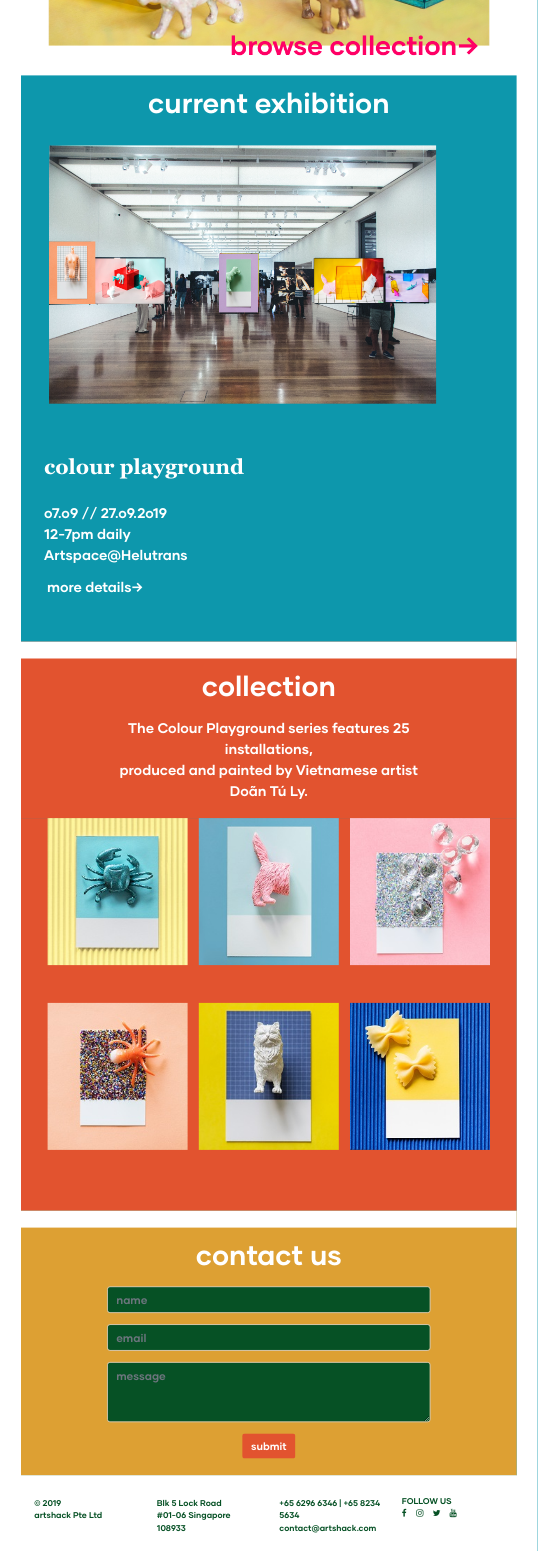
Repository: lynette-lyf/artshack
Page: index.html
The author's editor kept a record of every edit. The page is drawn from the files as they stood at one moment, then again after the next edit.
The browser window is 768 px wide. The pictures show the part of the page from y = 594 to 2834 px (the page is 2810 px tall before and 2834 px after), at 70% of full size.

Above is the page before.

### index.html
<!doctype html>
<html lang="en">

<head>
  <!-- Required meta tags -->
  <meta charset="utf-8">
  <meta name="viewport" content="width=device-width, initial-scale=1, shrink-to-fit=no">

  <!-- Bootstrap CSS -->
  <link rel="stylesheet" href="https://stackpath.bootstrapcdn.com/bootstrap/4.3.1/css/bootstrap.min.css" integrity="sha384-ggOyR0iXCbMQv3Xipma34MD+dH/1fQ784/j6cY/iJTQUOhcWr7x9JvoRxT2MZw1T" crossorigin="anonymous">
  <link rel="stylesheet" href="style.css" />
  <link rel="stylesheet" href="https://cdnjs.cloudflare.com/ajax/libs/font-awesome/4.7.0/css/font-awesome.min.css">
  <link rel="stylesheet" href="https://unpkg.com/aos@2.3.1/dist/aos.css" >
  <title>artshack</title>

  <style>
/* font converted using font-converter.net. thank you! */
@font-face {
  font-family: "Georgia-Bold";
  src: url("./fonts/georgiab.eot"); /* IE9 Compat Modes */
  src: url("./fonts/georgiab.eot?#iefix") format("embedded-opentype"), /* IE6-IE8 */
    url("./fonts/georgiab.otf") format("opentype"), /* Open Type Font */
    url("./fonts/georgiab.svg") format("svg"), /* Legacy iOS */
    url("./fonts/georgiab.ttf") format("truetype"), /* Safari, Android, iOS */
    url("./fonts/georgiab.woff") format("woff"), /* Modern Browsers */
    url("./fonts/georgiab.woff2") format("woff2"); /* Modern Browsers */
  font-weight: normal;
  font-style: normal;
}


/* font converted using font-converter.net. thank you! */
@font-face {
  font-family: "GilmerBold";
  src: url("./fonts/GilmerBold.eot"); /* IE9 Compat Modes */
  src: url("./fonts/GilmerBold.eot?#iefix") format("embedded-opentype"), /* IE6-IE8 */
    url("./fonts/GilmerBold.otf") format("opentype"), /* Open Type Font */
    url("./fonts/GilmerBold.svg") format("svg"), /* Legacy iOS */
    url("./fonts/GilmerBold.ttf") format("truetype"), /* Safari, Android, iOS */
    url("./fonts/GilmerBold.woff") format("woff"), /* Modern Browsers */
    url("./fonts/GilmerBold.woff2") format("woff2"); /* Modern Browsers */
  font-weight: normal;
  font-style: normal;
}

    .logo {
      width: 280px;
    }

    /*Custom BootStrap4 CSS Styling credits to Saranya Rajendran @ https://stackoverflow.com/questions/49400853/how-to-change-navbar-hover-color-on-bootstrap-4/49405726*/

    .navbar-light .navbar-brand {
      color: black;
    }

    .navbar-light .navbar-nav .active>.nav-link,
    .navbar-light .navbar-nav .nav-link.active,
    .navbar-light .navbar-nav .nav-link.show,
    .navbar-light .navbar-nav .show>.nav-link {
      color: black;
    }

    .navbar-light .navbar-nav .nav-link {
      color: black;
    }

    .navbar-light .navbar-nav .nav-link-about,
    .navbar-light .navbar-nav .nav-link-artists,
    .navbar-light .navbar-nav .nav-link-collection,
    .navbar-light .navbar-nav .nav-link-exhibition,
    .navbar-light .navbar-nav .nav-link-contact {
      color: black;
    }

    .navbar-light .navbar-nav .nav-link-about:hover,
    .navbar-light .navbar-nav .nav-link-contact:hover {
      color: rgb(13, 151, 172) !important;
      text-decoration: none;
    }

    .navbar-light .navbar-nav .nav-link-artists:hover {
      color: rgb(6, 81, 37) !important;
      text-decoration: none;
    }

    .navbar-light .navbar-nav .nav-link-collection:hover {
      color: rgb(221, 160, 51) !important;
      text-decoration: none;
    }

    .navbar-light .navbar-nav .nav-link-exhibition:hover {
      color: rgb(226, 83, 47) !important;
      text-decoration: none;
    }

    .navbar ul {
      display: flex;
      align-items: stretch;
      /* Default */
      justify-content: space-between;
      width: 100%;
      background: #fff;
      margin: 0;
      padding: 0;
    }

    .navbar li {
      display: block;
      flex: 0 1 auto;
      /* Default */
      list-style-type: none;
      background: #fff;
    }

    .navbar .nav-item-subscribe {
      color: white;
    }

    .navbar {
      font-family: Georgia-Bold;
      color: black;
      font-size: 18px;
    }


    .container-fluid-exhibition {
      background-color: rgb(13, 151, 172);
    }

    .container-fluid-exhibition #current-exhibition,
    .container-fluid-contact #contact,
    .container-fluid-collection #collection {
      font-family: GilmerBold;
      font-size: 40px;
      color: white;
    }

    h2 {
      font-family: Georgia-Bold;
      font-size: 30px;
      color: white;
    }

    .container-fluid-exhibition ul {
      list-style: none;
      font-family: GilmerBold;
      font-size: 20px;
      color: white;
      padding: 0;
    }

    .container-fluid-exhibition .row a {
      text-decoration: none;
      font-family: GilmerBold;
      font-size: 20px;
      color: white;
    }

    .container-fluid-exhibition .row a:hover {
      color: rgb(221, 160, 51);
    }

    .box {
      background-color: white;
    }

    .container-fluid-contact #divider {
      background-color: white;
    }

    .container-fluid-contact {
      background-color: rgb(221, 160, 51);
    }


    form {
      font-family: GilmerBold;
    }

    .form-group .form-control {
      background-color: rgb(6, 81, 37);
      color: white;
    }

    .btn {
      font-family: GilmerBold;
      font-size: 15px;
      color: white;
      background-color: rgb(226, 83, 47);
    }

    .btn:hover {
      color: white;
      background-color: rgb(13, 151, 172);
    }

    .btn:focus {
      color: orange;
    }


.container-fluid-collection,
.container-fluid-imagegallery {
  background-color: rgb(226,83,47);
}

.container-fluid-collection p {
  font-family: GilmerBold;
  font-size: 20px;
  color: white;
}

.container-fluid-collection p span:hover {
  color: rgb(221,160,81);
}

.container-fluid-imagegallery #onesix .text1,
.container-fluid-imagegallery #twosix .text2,
.container-fluid-imagegallery #threesix .text3,
.container-fluid-imagegallery #foursix .text4,
.container-fluid-imagegallery #fivesix .text5,
.container-fluid-imagegallery #sixsix .text6{
  background-color: white;
  color: black;
  opacity:1;
  font-family: GilmerBold;
  font-size: 15px;
  position:relative;
  bottom:0px;
  left:0px;
  visibility:hidden;
}

.container-fluid-imagegallery #onesix:hover .text1,
.container-fluid-imagegallery #twosix:hover .text2,
.container-fluid-imagegallery #threesix:hover .text3,
.container-fluid-imagegallery #foursix:hover .text4,
.container-fluid-imagegallery #fivesix:hover .text5,
.container-fluid-imagegallery #sixsix:hover .text6{
  visibility:visible;
}

.container-fluid-footer{
  font-family: GilmerBold;
  font-size: 12px;
  color: rgb(6,81,37);
}

.container-fluid-footer #socials a {
  text-decoration: none;
  color: rgb(6,81,37);
  margin: 6px;
}

.container-fluid-footer #socials a:hover {
  color: rgb(221,160,51);
}

  </style>

</head>



<header>
  <!--Logo with navigation to Home Page-->
  <div class="container-fluid">
    <div class="logo mx-auto pt-4">
      <a href="#"><img class="img-fluid" src="images/logo.png"></img></a>
    </div>

  </div>

  <div class="container-fluid pl-0 pr-0">
    <!--Navbar credits to https://getbootstrap.com/docs/4.3/components/navbar/-->
    <nav class="navbar navbar-expand-lg navbar-light bg-nobg">
      <a class="navbar-brand" href="#"></a>
      <button class="navbar-toggler" type="button" data-toggle="collapse" data-target="#navbarNav" aria-controls="navbarNav" aria-expanded="false" aria-label="Toggle navigation">
    <span class="navbar-toggler-icon"></span>
  </button>
      <div class="collapse navbar-collapse" id="navbarNav">
        <ul class="navbar-nav">
          <li class="nav-item active">
            <a class="nav-link-about" href="about.html">about.</a>
          </li>
          <li class="nav-item">
            <a class="nav-link-artists" href="artists.html">artists.</a>
          </li>
          <li class="nav-item">
            <a class="nav-link-collection" href="#collection">collection.</a>
          </li>
          <li class="nav-item">
            <a class="nav-link-exhibition" href="#current-exhibition">exhibition.</a>
          </li>
          <li class="nav-item">
            <a class="nav-link-contact" href="#contact">contact.</a>
          </li>
          <!--Modal credits to https://mdbootstrap.com/docs/jquery/modals/forms/-->
          <li class="nav-item-subscribe">
            <a class="btn btn-default btn-rounded mb-4" data-toggle="modal" data-target="#modalSubscriptionForm">subscribe.</a>
          </li>
          <div class="modal fade" id="modalSubscriptionForm" tabindex="-1" role="dialog" aria-labelledby="myModalLabel" aria-hidden="true">
            <div class="modal-dialog" role="document">
              <div class="modal-content">
                <div class="modal-header text-center" style="color: white;background-color:rgb(221,160,51);">
                  <h4 class="modal-title">Subscribe to our Newsletter
                    <div style="font-size: 14px">(& get exclusive invitations to
                      <div> our exhibition openings!)</div>
                    </div>
                  </h4>
                  <button type="button" class="close" data-dismiss="modal" aria-label="Close">
          <span aria-hidden="true">&times;</span>
        </button>
                </div>
                <div class="modal-body" style="color: white;background-color:rgb(6,81,37);">
                  <div class="md-form mb-1 mt-2 mx-3">
                    <input type="text" id="form3" class="form-control validate">
                    <label data-error="wrong" data-success="right" for="form3">name</label>
                  </div>

                  <div class="md-form mx-3">
                    <input type="email" id="form2" class="form-control validate">
                    <label data-error="wrong" data-success="right" for="form2">email address</label>
                  </div>

                </div>
                <div class="modal-footer d-flex justify-content-center" style="color: white;background-color:rgb(226,83,47);>
        <button type="button" class="btn">Subscribe</button>
      </div>
    </div>
  </div>
</div>
        </ul>
      </div>
    </nav>
</header>

<body>

  <div class="container-fluid ">
    <div class="col ">
      <div class="row-md " id="image-gallery ">
<!--Carousel credits to https://getbootstrap.com/docs/4.3/components/carousel/-->
<div id="carouselExampleFade" class="carousel slide carousel-fade" data-ride="carousel">
  <div class="carousel-inner">
    <a href="#collection"><div class="carousel-item active">
      <img src="images/gallery3.png" class="d-block w-100" alt="...">
    </div>
    <div class="carousel-item">
      <img src="images/gallery6.png" class="d-block w-100" alt="...">
    </div>
    <div class="carousel-item">
      <img src="images/gallery5.png" class="d-block w-100" alt="...">
    </div>
    <div class="carousel-item">
      <img src="images/gallery4.png" class="d-block w-100" alt="...">
    </div>
  </div>
  <a class="carousel-control-prev" href="#carouselExampleFade" role="button" data-slide="prev">
    <span class="carousel-control-prev-icon" aria-hidden="true"></span>
    <span class="sr-only">Previous</span>
  </a>
  <a class="carousel-control-next" href="#carouselExampleFade" role="button" data-slide="next">
    <span class="carousel-control-next-icon" aria-hidden="true"></span>
    <span class="sr-only">Next</span>
  </a>
</div>
</a>
          </div>

<!--Current exhibition section-->

          <div class="container-fluid-exhibition mt-3 ">
            <div class="row ">
              <div class="col text-center my-2 mx-3 " id="current-exhibition">current exhibition</div>
            </div>

            <div class="row ">
              <div class="col-sm-10 col-md-10 col-lg-6 my-2 mx-4 "><img class="img-fluid p-3 " src="images/exhibition.png "></div>

              <div class="row ">
                <div class="col-sm-12 col-sm-12 col-lg-8 m-5 ">
                  <h2>colour playground</h2>
                  <div class="row mx-3 my-3 row-sm-5 row-md-4 row-lg-4 "></div>
                  <ul>
                    <li>o7.o9 // 27.o9.2o19</li>
                    <li>12-7pm daily</li>
                    <li>Artspace@Helutrans</li>
                  </ul>
                  <div class="row mx-1 my-3 "><a href='https://www.artporters.com/wp-content/uploads/2019/08/Colour-Playground-Catalogue-1.pdf'>more details→</a>
                  </div>
                </div>
</div>
</div>

<!--Collection section with image gallery and image captions on hover-->
<div class="container-fluid-collection">
<div class="box">&nbsp;</div>
            <div class="row ">
              <div class="col text-center my-2 mx-3" id="collection">collection</div>
            </div>
 <div class="row justify-content-center">
              <div class="col text-center col-sm-8 col-md-8 col-lg-10 my-2 mx-4 ">
              <p>The Colour Playground series features 25 installations,<br>
produced and painted by Vietnamese artist <span><a href="artists.html#D">Doãn Tú Ly</a></span>.</p></div>

    </div>
</div>



<div class="container-fluid-imagegallery">
<div class="row justify-content-center">


<div class="column px-1 mx-1" id="onesix">
<img class="img1" src="images/collection1.jpg">
<p class="text1"><i>Blue Crab</i>, 2015</p>
</div>

<div class="column px-1 mx-1" id="twosix">
<img class="img2" src="images/collection2.jpg">
<p class="text2"><i>Halved</i>, 2013</p>
</div>

<div class="column px-1 mx-1" id="threesix">
<img class="img3" src="images/collection3.jpg">
<p class="text3"><i>Everything Nice</i>, 2015</p>
</div>


</div>
 <div class="row justify-content-center pt-3 pb-5">
<div class="column px-1 mx-1" id="foursix">
<img class="img4" src="images/collection4.jpg">
<p class="text4"><i>Exploration</i>, 2016</p>
</div>
<div class="column px-1 mx-1" id="fivesix">
<img class="img5" src="images/collection5.jpg">
<p class="text5"><i>Stationary</i>, 2015</p>
</div>
<div class="column px-1 mx-1" id="sixsix">
<img class="img6" src="images/collection6.jpg">
<p class="text6"><i>Carbs</i>, 2011</p>
</div>
  </div>
</div>


<!--Contact Us section with form-->
<div class="container-fluid-contact ">
<div class="box">&nbsp;</div>
            <div class="row ">
              <div class="col text-center my-2 mx-3 " id="contact">contact us</div>
            </div>
 <div class="row justify-content-center ">
              <div class="col-sm-8 col-md-8 col-lg-4 my-2 mx-4 ">

<!--Form credits to https://getbootstrap.com/docs/4.3/components/forms/-->
<form>
  <div class="form-group ">
    <input type="text " class="form-control " id="name " placeholder="name ">
  </div>
  <div class="form-group ">
    <input type="email " class="form-control " id="email " placeholder="email ">
  </div>
    <div class="form-group ">
    <textarea class="form-control " id="message " placeholder="message " rows="3 "></textarea>
  </div>
  <div class="row ">
    <div class="col text-center mb-3">
  <button class="btn " type="submit">submit</button>
  </div>
</form>
</div>
</div>
</div>





</div>
</div>


                <!-- Optional JavaScript -->
                <!-- jQuery first, then Popper.js, then Bootstrap JS -->
                <script src="https://code.jquery.com/jquery-3.3.1.slim.min.js " integrity="sha384-q8i/X+965DzO0rT7abK41JStQIAqVgRVzpbzo5smXKp4YfRvH+8abtTE1Pi6jizo " crossorigin="anonymous ">
                </script>
                <script src="https://cdnjs.cloudflare.com/ajax/libs/popper.js/1.14.7/umd/popper.min.js " integrity="sha384-UO2eT0CpHqdSJQ6hJty5KVphtPhzWj9WO1clHTMGa3JDZwrnQq4sF86dIHNDz0W1 " crossorigin="anonymous ">
                </script>
                <script src="https://stackpath.bootstrapcdn.com/bootstrap/4.3.1/js/bootstrap.min.js " integrity="sha384-JjSmVgyd0p3pXB1rRibZUAYoIIy6OrQ6VrjIEaFf/nJGzIxFDsf4x0xIM+B07jRM " crossorigin="anonymous ">
                </script>
                <script src="https://unpkg.com/aos@2.3.1/dist/aos.js"></script>
</body>


<footer>

<!--Page footer-->
  <div class="container-fluid-footer">
  <div class="box">&nbsp;</div>
            <div class="row justify-content-center pt-1 mx-1 mt-2 mb-2">
              <div class="column col-xl-2 col-lg-2 col-md-3 col-sm-10">
<p class="copyright">© 2019<br>artshack Pte Ltd</p>
</div>
<div class="column col-xl-2 col-lg-3 col-md-3 col-sm-10">
<p class="address">Blk 5 Lock Road<br> #01-06 Singapore 108933</p>
</div>
<div class="column col-xl-2 col-lg-3 col-md-3 col-sm-10 ">
<p class="contactinfo">+65 6296 6346  |  +65 8234 5634<br>contact@artshack.com</p>
</div>

<div class="column col-xl-2 col-lg-2 col-md-3 col-sm-10 " id="socials">
<h3 class="socials" style="font-size: 12px;padding: 0px; margin: 0px;">FOLLOW US</h3>
  <a style="margin-left:0px;" href="https://www.facebook.com"><i class="fa fa-facebook"></i></a>
  <a style="margin:5px" href="https://www.instagram.com"><i class="fa fa-instagram"></i></a>
  <a style="margin:5px" href="https://www.twitter.com"><i class="fa fa-twitter"></i></a>
  <a style="margin:5px" href="https://www.youtube.com"><i class="fa fa-youtube"></i></a>
</div>

            </div>

  </div>

</footer>

</html>

Loaded but not shown: style.css (no stored copy; drawn as an empty file)

After the next edit:
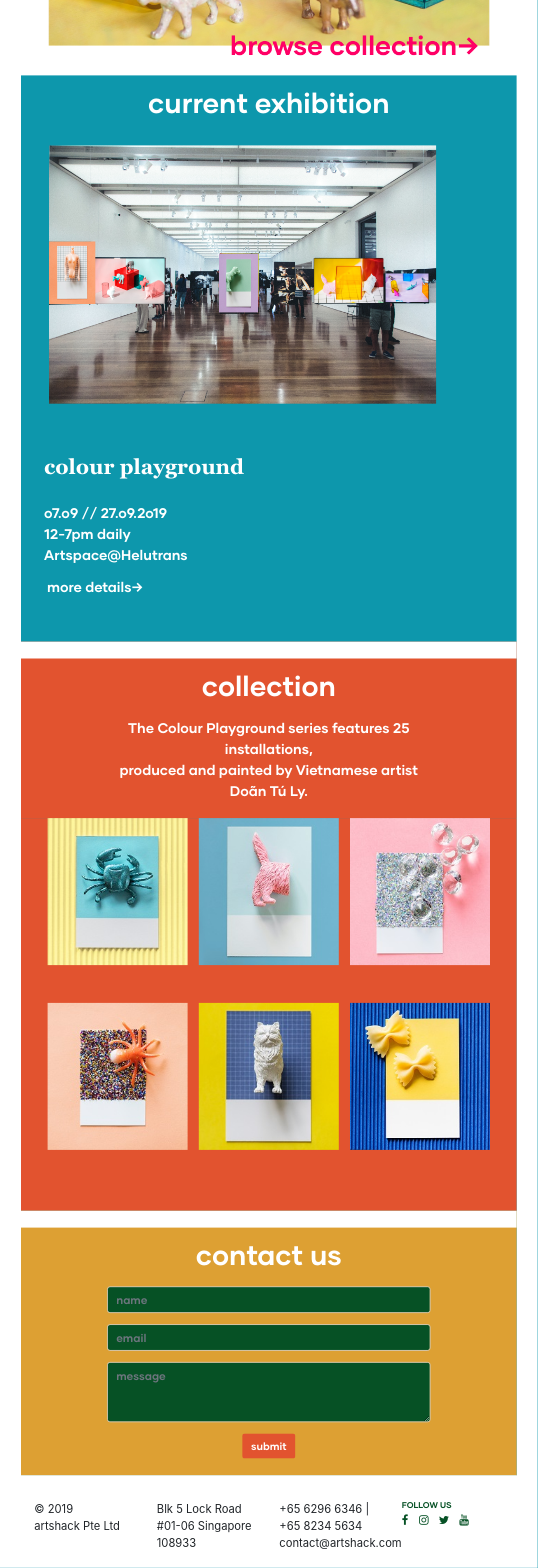
The edit:
--- a/index.html
+++ b/index.html
@@ -240,11 +240,17 @@
   visibility:visible;
 }
 
-.container-fluid-footer{
+.container-fluid-footer h3 {
   font-family: GilmerBold;
   font-size: 12px;
   color: rgb(6,81,37);
 }
+
+.container-fluid-footer h3 a {
+  text-decoration: none;
+  color: rgb(6,81,37);
+}
+
 
 .container-fluid-footer #socials a {
   text-decoration: none;
@@ -252,8 +258,14 @@
   margin: 6px;
 }
 
-.container-fluid-footer #socials a:hover {
+.container-fluid-footer #socials a:hover,
+.container-fluid-footer h3 a:hover,
+.container-fluid-footer .newsletter:hover{
   color: rgb(221,160,51);
+}
+
+@media (max-width: 1023px) {
+  .container-fluid-footer .newsletter { display: none; }
 }
 
   </style>
